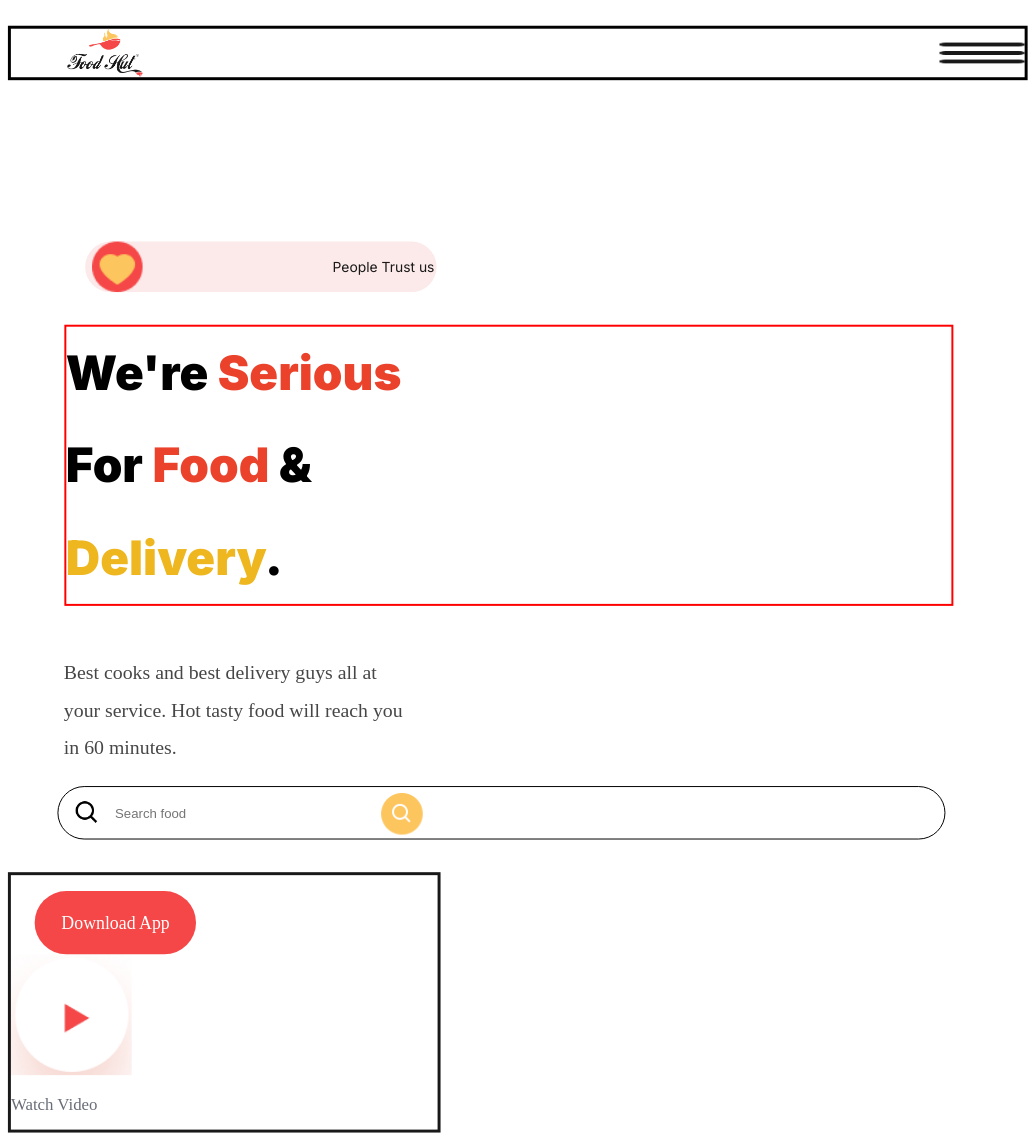
Repository: ReyhanehRahmani/Food-Hut
Page: FoodHut.html
An editor plug-in stored every save of this project. The page is shown before and after the next save, followed by the edit.
The browser window is 1024 px wide. The page is 1038 px wide, so the pictures cover 1038 px, including what lies to the right of the window. The pictures show the whole page, at 99% of full size.
Some web fonts or font styles are not loaded; a fallback is used.

Above is the page before, as saved 2025-05-28 23:44:03.

### FoodHut.html
<!DOCTYPE html>

<html lang="en">

    <head>

    <meta name="viewport" content="width=device-width, initial-scale=1.0" />

        <title>Food Hut</title>

        <link rel="icon" type="image/jpg" href="favicon.png">

        <link rel="preconnect" href="https://fonts.googleapis.com">

        <link rel="stylesheet" href="FoodHut.css">

        <link rel="preconnect" href="https://fonts.googleapis.com">

        <link rel="preconnect" href="https://fonts.gstatic.com" crossorigin>

        <link href="https://fonts.googleapis.com/css2?family=Inter:ital,opsz,wght@0,14..32,100..900;1,14..32,100..900&display=swap" rel="stylesheet">

        <link rel="preconnect" href="https://fonts.googleapis.com">

        <link rel="preconnect" href="https://fonts.gstatic.com" crossorigin>

        <link href="https://fonts.googleapis.com/css2?family=Sofia+Sans:ital,wght@0,1..1000;1,1..1000&display=swap" rel="stylesheet">

    </head>

    <body>

        <div class="headh">
            <img src="favicon.png" alt="Food Hut logo" class="FoodHutLogo">

            <div class="navlaptop">
                    <p class="mm">Today special offers</p>
                    <p class="mm">Why FoodHut</p>
                    <p class="mm">Our Menu</p>
                    <p class="mm">Our Popular food</p>

            </div>
            <div class="downloadbt"><p>Download App</p></div>
            <img src="slider.png" id="slider">
        </div>



        <div class="maincontainer">
            <div class="container1">

                <div id="HeartBox">
                    <img id="Heart" src="ghalb.png" style="margin-left: 3px;" >
                    <p id="trust">People Trust us</p>
                </div>

                <p id="BigBox1">
                    We're <spsn style="color: rgb(235, 66, 44);">Serious</spsn> <br> For <span style="color: rgb(235, 66, 44);">Food</span> & <br><span style="color: rgb(238, 183, 32);">Delivery</span>.
                </p>
                <p id="BigBox1laptop">
                    We're <spsn style="color: rgb(235, 66, 44);">Serious</spsn>  For <br><span style="color: rgb(235, 66, 44);">Food</span> & <span style="color: rgb(238, 183, 32);">Delivery</span>.
                </p>

                <p id="text1">
                    Best cooks and best delivery guys all at <br>your service. Hot tasty food will reach you<br>in 60 minutes.
                </p>
                <p id="text1laptop">
                    Best cooks and best delivery guys all at your <br>service. Hot tasty food will reach you in 60<br>minutes.
                </p>
                <div class="searchbox">
                    <img src="zarebin2.png" id="zarebin2">
                    <input class="inin" type="text" minlength="3" maxlength="30" placeholder="Search food"></input>
                    <button class="butbut"><img src="zarebin.png" id="zarebin"></button>
                </div>


                <div id="PlayBox">
                    <div id="download"><p>Download App</p></div>
                    <div id="bori1">
                    <img src="playb.png" id="PlayButton">
                    <p id="Watch">Watch Video</p>
                    </div>
                </div>

            </div>
            <img src="pic1.png" id="pic1laptop">

        </div>






    </body>

</html>

### FoodHut.css
/*font family - font size - align items like heart*/

@media screen and (max-width: 1279px){



body {
    font-family: "Inter", sans-serif;

}

.headh{
    border: solid;
    display: flex;
    justify-content: space-between;
    width: 100vw;
    height: 6.739130435vh;
    align-items: center;
    margin-top: 2.608695652%;
}


.FoodHutLogo{
    margin-left: 5.607476636%;
    height: 100%;
}

#slider{
    width: 8.411214953%;
    height: 43.548387097%;
}

/*#NavbarSlider{
    margin-top: 41px;
    margin-right: 5.6vw;
    float: right;
    position: fixed;
    border: 2px solid red;
}

.slider{
    width: 36px;
    height: 5px;
    border-radius: 17px;
    display: flex;
    justify-content: space-between;
    flex-direction: column;
    gap: 6px;
    background: rgba(25, 25, 25, 1);
    margin-right: 24px;

}*/



#HeartBox{
    display: flex;
    justify-content: space-between;
    gap: 1.438848921%;
    width: 35.226415094%;
    height: 4.261796043%;
    align-items: center;
    border-radius: 100px;
    white-space: nowrap;
    background-color: #fce9e9;
    margin-top: 16.228070175%;
    margin-left: 7.710280374%;
}

#trust{
    font-weight: 400;
    font-size: 0.875rem;
    line-height: 100%;
    letter-spacing: 0%;
    /*align-items: center;
    justify-content: center;*/
    color: rgba(25, 25, 25, 1);
    margin-right: 2px;

}

#Heart{
    position: static;
    width: 14.288489209%;
    height: 71.428571429%;
    padding-left: 1.168224299%;
    align-self: center;
}

#BigBox1{
    width: 88.785046729%;
    height: 21.058315335%;
    align-content: center;
    margin-top: 3.225806452%;
    margin-left: 5.607476636%;
    border: 2px solid red;
    font-weight: 900;
    font-size: 3rem;
    line-height: 195%;
    letter-spacing: 0%;
    font-family: "Inter";
}

/*#Box1Paragragh{
    font-weight: 900;
    font-size: 48px;
    line-height: 195%;
    letter-spacing: 0%;
}*/

#text1{
    width: 88.551401869%;
    height: 8.804347826%;
    margin-top: 4.347826087%;
    margin-left: 5.607476636%;
    opacity: 0.8;
    font-family: "Sofia Sans";
    font-weight: 400;
    font-size: 1.25rem;
    line-height: 190%;
    letter-spacing: -1%;
    color: #191919;
    white-space: nowrap;

}

#text1laptop{
    display: none;
}

.searchbox{
    border: solid;
    display: flex;
    border-width: 0.5px;
    border-radius: 100px;
    align-items: center;
    height: 8.709677419%;
    margin-top: 4.35483871;
    width: 88.785046729%;
    margin-left: 4.979253112%;

}

.searchbox .inin{
    border: 0px;
    margin-left: 12px;

}

.searchbox .butbut{
    border: 0px;
    background-color: rgba(127, 255, 212, 0);
    margin-left: 9.324840764%;
}

#zarebin{
    height: 42px;
    padding-top: 5px;

}

#zarebin2{
    width: 28px;
    height: 28px;
    margin-left: 15px;

}

#download{
    width: 37.85046729%;
    height: 4.859611231%;
    margin-top: 3.695652174%;
    margin-left: 5.607476636%;
    border-radius: 100px;
    background: #F54748;
    font-family: Sofia Pro;
    font-weight: 400;
    font-size: 1.125rem;
    line-height: 100%;
    letter-spacing: 0px;
    text-transform: capitalize;
    color:#FFFFFF;
    text-align: center;
    padding-top: 1.187904968%;
    padding-bottom: 1.187904968%;
    display: inline-block;
}

#PlayBox{
    margin-top: 3.260869565%;
    display: flex;
    justify-content: space-between;
    gap: 4.906542056%;
    width: 42.757009346%;
    height: 5.652173913%;
    margin-right: 6.542056075%;
    position: relative;
    overflow: hidden;
    border: #191919 solid;
    display: inline-block;

}

#PlayButton{
    position: relative;
    width: 28.415300546%;
    height: 100%;
}


#Watch{
    font-family: Poppins;
    font-weight: 500;
    font-size: 1.0625rem;
    line-height: 100%;
    letter-spacing: 0%;
    color: #686D77;

}
.navlaptop{
    display: none;
}

.downloadbt{
    display: none;
}

#BigBox1laptop{
    display: none;
}

#pic1laptop{
    display: none;
}

}


@media screen and (min-width: 1280px){

body{
    position: relative;
}

.headh{
    display: flex;
    position: relative;
    align-items: center;
    margin-top: 2.46343341%;
}

.headh .FoodHutLogo{
    width: 8.402777778%;
    height: 6.004618938%;
    margin-left: 5.46875%;

}

.navlaptop {
    display: flex;
    gap: 7.575757576%;
    align-items: center;
    margin-left: 20.75%;

}

.navlaptop .mm{
    font-family: "Sofia Sans";
    font-weight: 400;
    font-size: 1.125rem;
    line-height: 100%;
    letter-spacing: 0px;
    text-transform: capitalize;
    color: #191919;
    white-space: nowrap;
}

.downloadbt{
    position: absolute;
    width: 11.25%;
    line-height: 100%;
    height: 57.692307692%;
    border-radius: 100px;
    background-color: #F54748;
    font-family: "Sofia Sans";
    text-align: center;
    margin-top: 1px;
    color: #FFFFFF;
    font-weight: 400;
    font-size: 18px;
    letter-spacing: 0px;
    text-transform: capitalize;
    margin-left: 84.513888889%;


}

.maincontainer{
    display: flex;
    justify-content: space-between;


}

.container1{
    margin-left: 4.861111111%;
    display: block;
    align-content: center;

}

#HeartBox{
    display: flex;
    justify-content: space-between;
    width: 28.226415094%;
    height: 4.261796043%;
    align-items: center;
    border-radius: 100px;
    white-space: nowrap;
    background-color: #fce9e9;
}

#trust{
    margin-right: 2px;
}

#BigBox1laptop{
    font-family: "Inter";
    font-weight: 900;
    font-size: 3.625rem;
    line-height: 100%;
    letter-spacing: 0%;
    margin-top: 3.04414003%;

}

#BigBox1{
    display: none;
}

#Heart{
    height: 20px;
    width: 20px;
}

#trust{
    font-family: Inter;
    font-weight: 400;
    font-size: 0.875rem;
    line-height: 100%;
    letter-spacing: 0%;

}

#text1{
    font-family: "Sofia Sans";
    font-weight: 400;
    font-size: 1.5rem;
    line-height: 100%;
    letter-spacing: -1%;
    opacity: 0.8;
    margin-top: 3.877419355%;
    color: #191919;

}


.searchbox{
    border: solid;
    display: flex;
    border-width: 0.5px;
    border-radius: 100px;
    align-items: center;
    height: 8.709677419%;
    margin-top: 4.35483871;

}

.searchbox .inin{
    border: 0px;
    margin-left: 12px;

}

.searchbox .butbut{
    border: 0px;
    background-color: rgba(127, 255, 212, 0);
    margin-left: 41.324840764%;
}

#zarebin{
    height: 42px;
    padding-top: 5px;

}

#zarebin2{
    width: 28px;
    height: 28px;
    margin-left: 15px;

}

#pic1laptop{
    width: 47.847222222%;
    height: auto;
}

#PlayBox{
    display: flex;
    height: 8.387096774%;
    margin-top: 4.838709677%;
    align-items: center;
}

#download{
    width: 33.085106383%;
    height: 86.538461538%;
    border-radius: 100px;
    background-color: #F54748;
    font-family: "Sofia Sans";
    text-align: center;
    margin-top: 1px;
    color: #FFFFFF;
    font-weight: 400;
    font-size: 18px;
    line-height: 100%;
    letter-spacing: 0px;
    text-transform: capitalize;


}

#bori1{
    display: flex;
    margin-left: 8.244680851%;
    height: 100%;
    justify-content: space-between;
    gap: 11.475409836%;
}

#Watch{
    font-family: "Sofia Sans";
    font-weight: 300;
    font-size: 17px;
    line-height: 100%;
    letter-spacing: 0%;
    color: #686D77;
    white-space: nowrap;

}

#PlayButton{
    height: 100%;
}
}

After the next save:
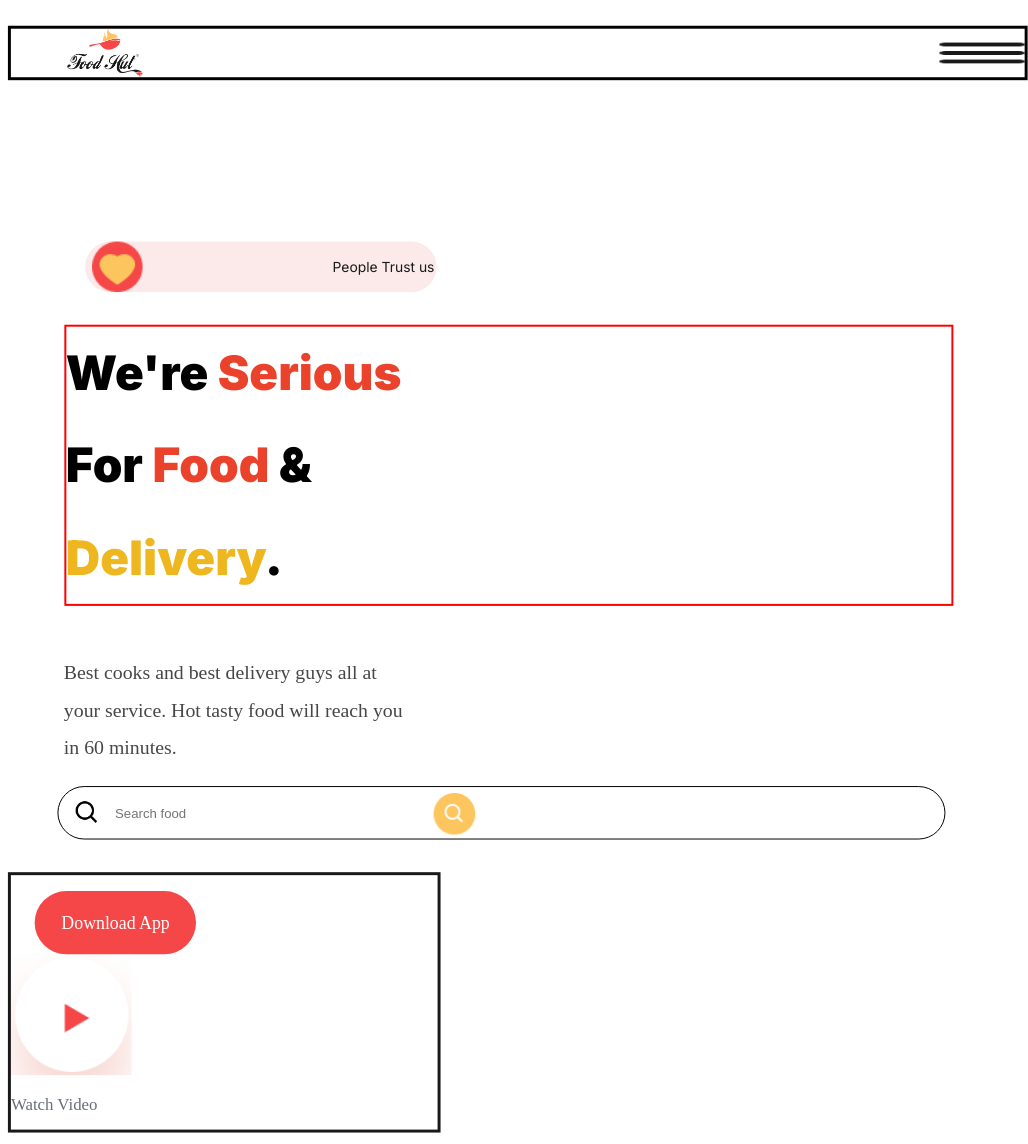
Saved 7 s later.
--- a/FoodHut.css
+++ b/FoodHut.css
@@ -150,7 +150,7 @@ body {
 .searchbox .butbut{
     border: 0px;
     background-color: rgba(127, 255, 212, 0);
-    margin-left: 9.324840764%;
+    margin-left: 15.324840764%;
 }
 
 #zarebin{
